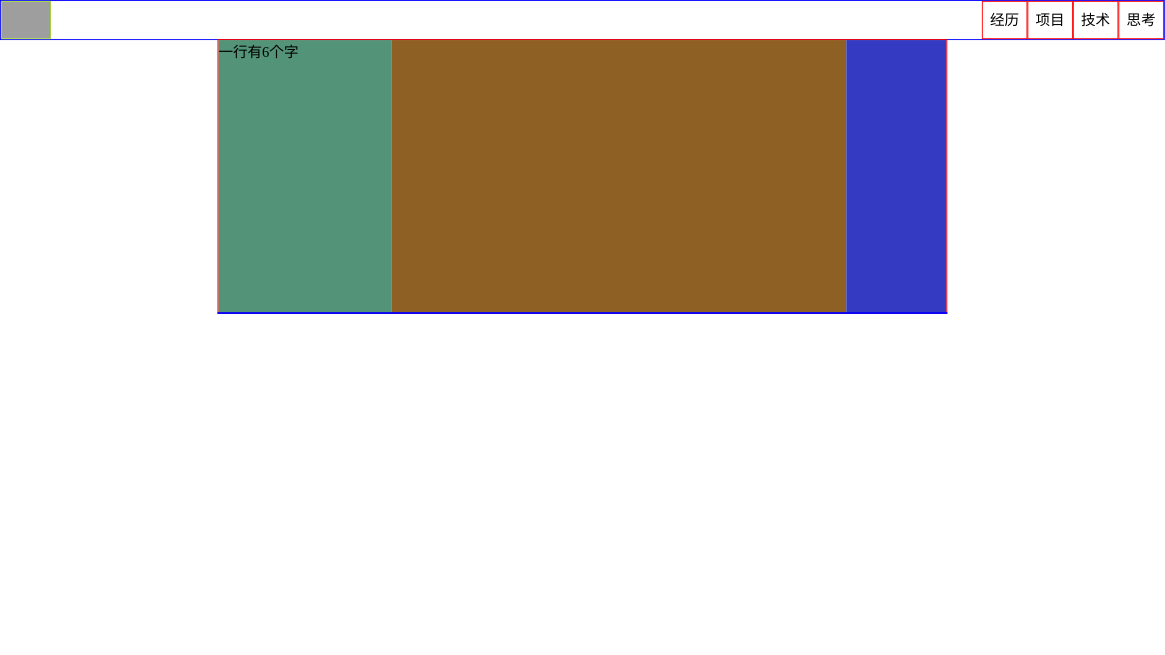
Repository: Lixianlai-2/Css-practice
Page: index.html
An editor plug-in stored every save of this project. The page is shown before and after the next save, followed by the edit.
The browser window is 1280 px wide. The pictures show the whole page, at 91% of full size.
Pictures or frames that could not be fetched are drawn as grey boxes.

Above is the page before, as saved 2021-12-03 11:05:36.

### index.html
<!DOCTYPE html>
<html>
  <head>
    <meta charset="utf-8" />
    <link rel="stylesheet" href="style.css" />
    <title>float浮动</title>
  </head>

  <body>
    <header class="clearfix">
      <div class="logo">
        <img
          src="https://avatars.githubusercontent.com/u/23273345?v=4"
          alt="头像"
        />
      </div>
      <ul class="clearfix">
        <li>经历</li>
        <li>项目</li>
        <li>技术</li>
        <li>思考</li>
      </ul>
    </header>
    <div class="content clearfix">
      <aside>一行有6个字</aside>
      <main></main>
      <div class="ad"></div>
    </div>

    <div class="imageList clearfix">
      <div class="image"></div>
      <div class="image"></div>
      <div class="image"></div>
      <div class="image"></div>
    </div>
  </body>
</html>

### style.css
* {
  margin: 0;
  padding: 0;
  box-sizing: border-box;
}

img {
  max-width: 100%;
}

.clearfix::after {
  content: "";
  display: block;
  clear: both;
}

header {
  border: 1px solid blue;
}

ul,
ol {
  list-style: none;
}

.logo {
  display: inline-block;
  border: 1px solid yellowgreen;
  float: left;
}
.logo > img {
  height: 40px;
  vertical-align: middle;
}

ul > li {
  border: 1px solid red;
  line-height: 32px;
  float: left;
  padding: 4px 0.5em;
}
ul {
  /* 必须让其浮动，也让logo浮动，才能让其父容器完全贴合 */
  float: right;
}

.content {
  /* 不占据空间，绘制于元素内容周围 */
  outline: 1px solid red;
  width: 800px;
  margin: auto;
}

.content > aside {
  width: 190px;

  height: 300px;
  float: left;
  background-color: rgb(83, 147, 119);
}

.content > main {
  height: 300px;
  width: 500px;
  float: left;
  background-color: rgb(142, 96, 35);
}

.content > .ad {
  width: 110px;
  height: 300px;
  float: left;
  background-color: rgb(52, 59, 194);
}

.imageList {
  outline: 1px solid blue;
  width: 800px;
  margin-left: auto;
  margin-right: auto;
}

After the next save:
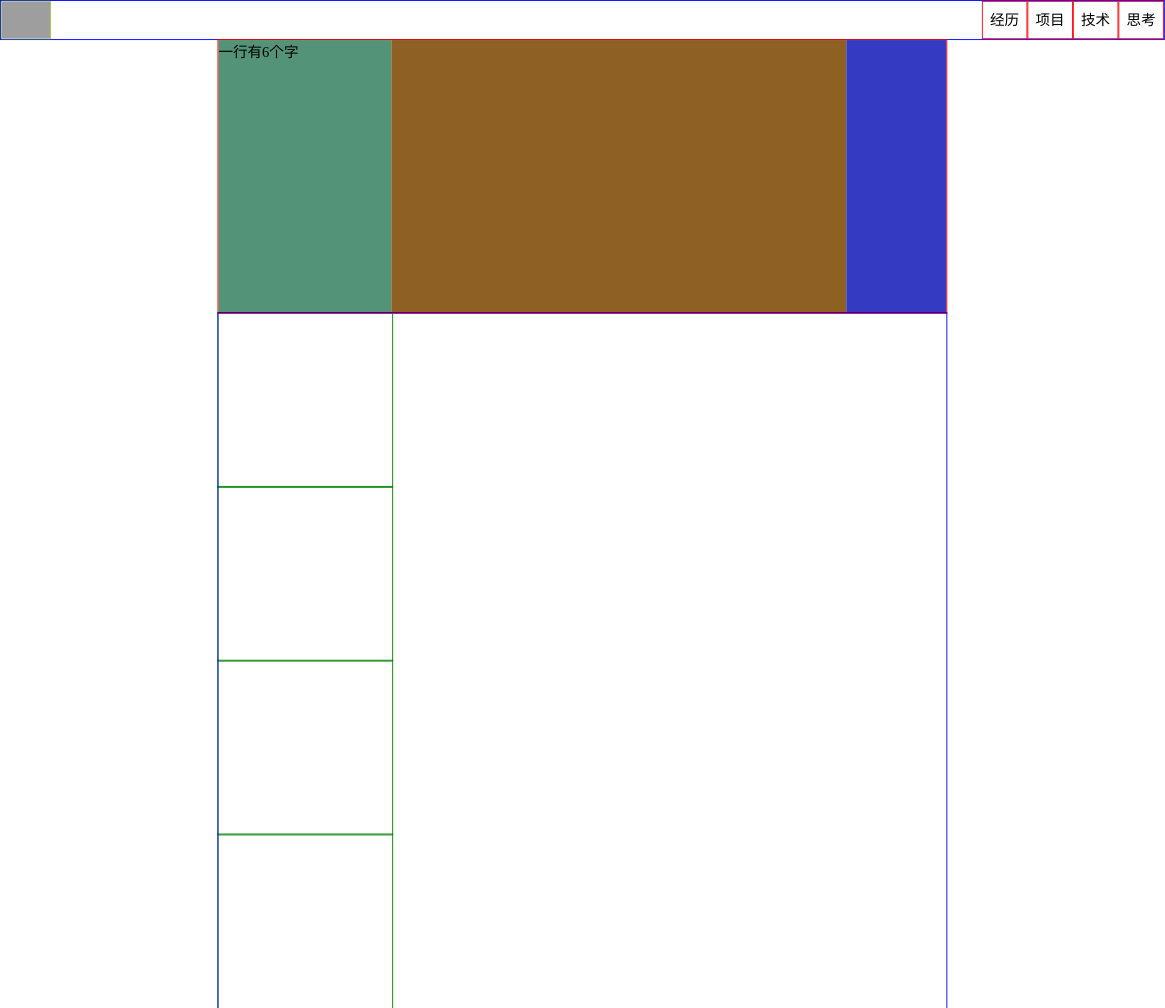
Saved 6 min 22 s later.
--- a/style.css
+++ b/style.css
@@ -79,3 +79,9 @@ ul {
   margin-left: auto;
   margin-right: auto;
 }
+
+.image {
+  outline: 1px solid green;
+  width: 191px;
+  height: 191px;
+}
